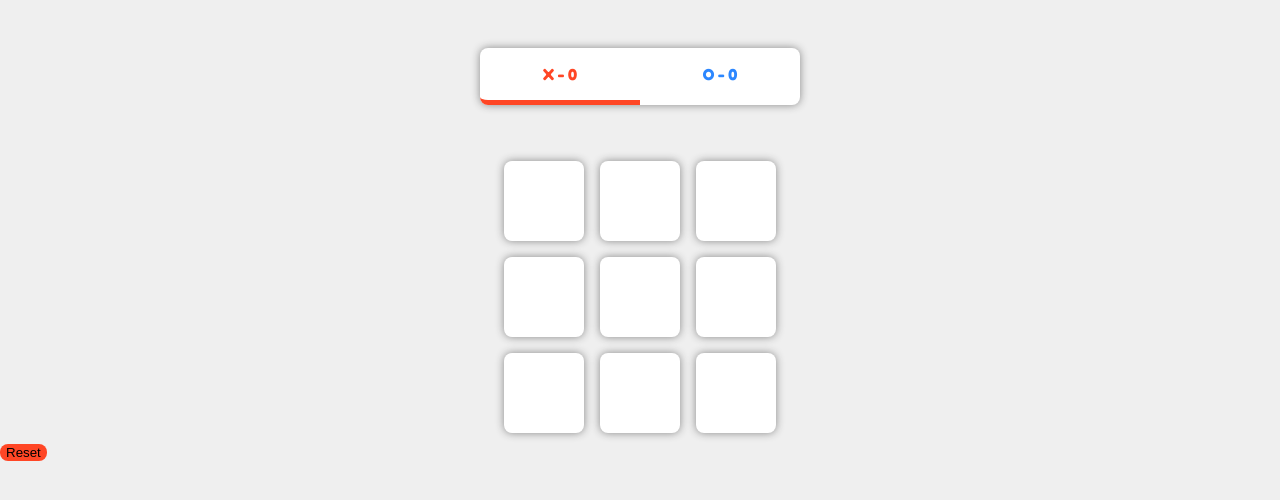
Repository: Seva2705/tic-tac-toe.github.io
Page: /
An editor plug-in stored every save of this project. The page is shown before and after a run of saves, followed by the edit.
The browser window is 1280 px wide. The pictures show the whole page.
The project was rebuilt for these pictures with package versions that can differ from the ones it lists, and the page was loaded fresh each time.

Above is the page before, as saved 2023-04-04 18:10:16.

### public/index.html
<!DOCTYPE html>
<html lang="en">
<head>
  <meta charset="utf-8" />
  <link rel="icon" href="%PUBLIC_URL%/favicon.ico" />
  <meta name="viewport" content="width=device-width, initial-scale=1" />
  <meta name="theme-color" content="#000000" />
  <meta
  name="description"
  content="Web site created using create-react-app"
  />
  <link rel="apple-touch-icon" href="%PUBLIC_URL%/logo192.png" />
  <link rel="preconnect" href="https://fonts.googleapis.com">
  <link rel="preconnect" href="https://fonts.gstatic.com" crossorigin>
  <link href="https://fonts.googleapis.com/css2?family=Fredoka:wght@400;500;700&display=swap" rel="stylesheet">
  <!--
    manifest.json provides metadata used when your web app is installed on a
    user's mobile device or desktop. See https://developers.google.com/web/fundamentals/web-app-manifest/
  -->
  <link rel="manifest" href="%PUBLIC_URL%/manifest.json" />
  <!--
    Notice the use of %PUBLIC_URL% in the tags above.
    It will be replaced with the URL of the `public` folder during the build.
    Only files inside the `public` folder can be referenced from the HTML.

    Unlike "/favicon.ico" or "favicon.ico", "%PUBLIC_URL%/favicon.ico" will
    work correctly both with client-side routing and a non-root public URL.
    Learn how to configure a non-root public URL by running `npm run build`.
  -->
  <title>React App</title>
</head>
<body>
  <noscript>You need to enable JavaScript to run this app.</noscript>
  <div id="root"></div>
  <!--
    This HTML file is a template.
    If you open it directly in the browser, you will see an empty page.

    You can add webfonts, meta tags, or analytics to this file.
    The build step will place the bundled scripts into the <body> tag.

      To begin the development, run `npm start` or `yarn start`.
      To create a production bundle, use `npm run build` or `yarn build`.
    -->
  </body>
  </html>

### src/App.js
import React, {useState} from 'react';
import './App.css';
import Board from './components/Board';
import ResetButton from './components/ResetButton';
import ResetBoard from './components/ResetButton';
import ScoreBoard from './components/ScoreBoard';


function App() {

  const WIN_CONDITIONS = [
    [0, 1, 2],
    [3, 4, 5],
    [6, 7, 8],
    [0, 3, 6],
    [1, 4, 7],
    [2, 5, 8],
    [0, 4, 8],
    [2, 4, 6]
  ]

  const [board, setBoard] = useState(Array(9).fill(null));
  const [xPlaying, setXPlaying] = useState(true);
  const [scores, setScores] = useState({xScore: 0, oScore: 0});
  const [gameOver, setGameOver] = useState(false);


  const handleBoxClick = (boxIdx) => {
    const updatedBoard = board.map((value, idx) => {
      if (idx === boxIdx) {
        return xPlaying === true ? 'X' : 'O';
      } else {
        return value;
      }

    })

    const winner = checkWinner(updatedBoard);

    if (winner) {
      if (winner === 'O') {
        let { oScore } = scores;
        oScore += 1;
        setScores({...scores, oScore});
      } else {
        let { xScore } = scores;
        xScore += 1;
        setScores({...scores, xScore});
      }
    }





    setBoard(updatedBoard);
    setXPlaying(!xPlaying);
  }

  const checkWinner = (board) => {
    for(let i = 0; i < WIN_CONDITIONS.length; i++) {
      const [x, y, z] = WIN_CONDITIONS[i];

      if (board[x] && board[x] === board[y] && board[y] === board[z]) {
        setGameOver(true)
        return board[x];
    }
  }
  }

  const resetBoard = () => {
    setGameOver(false);
    setBoard(Array(9).fill(null))
  }

  return (
    <div className="App">
      <ScoreBoard scores={scores} xPlaying={xPlaying}/>
      <Board board={board} onClick={gameOver ? resetBoard : handleBoxClick}/>
      <ResetButton  resetBoard={resetBoard}/>


    </div>
  );
}

export default App;

### src/App.css
* {
  box-sizing: border-box;

}

body {
  margin: 0;
  background-color: #efefef;
  font-family: "Fredoka", sans-serif;
}

### src/components/Board.js
import React from 'react'
import Box from './Box'
import './Board.css'

const Board = ({board, onClick}) => {
  return (
    <div className='board'>
        {board.map((value, idx) => {
            return <Box value={value} onClick={() => value ===null && onClick(idx)}/>
        }
        )}
        </div>
  )
}

export default Board

### src/components/ResetButton.js
import React from 'react'

import './ResetButton.css'

const ResetButton = ({resetBoard}) => {
  return (
    <button className='reset-btn' onClick={resetBoard}>Reset</button>
  )
}

export default ResetButton

### src/components/ScoreBoard.js
import React from 'react'
import './ScoreBoard.css'

const ScoreBoard = ({scores, xPlaying}) => {
    const {xScore, oScore} = scores;
  return (
    <div className='scoreboard'>
        <span className={`score x-score ${!xPlaying && 'inactive'}`}>X - {xScore}</span>
        <span className={`score o-score ${xPlaying && 'inactive'}`}>O - {oScore}</span>
    </div>
  )
}

export default ScoreBoard

### src/components/Box.js
import React from 'react'

import './Box.css'

const Box = ({value, onClick}) => {
    const style = value === "X" ? "box x" : "box o";
  return (
    <button className={style} onClick={onClick}>{value}</button>
  )
}

export default Box

### src/components/Board.css
.board {
    display: grid;
    grid-template-columns: repeat(3, 6rem);
    place-items: center;
    justify-content: center;
}

### src/components/ResetButton.css
.reset-btn {
    border: none;
    border-radius: 0.5rem;
    background-color: rgb(255, 70, 37);
}

### src/components/ScoreBoard.css
.scoreboard {
    display: flex;
    flex-direction: row;
    align-items: center;
    justify-content: space-evenly;
    width: 20rem;
    background-color: white;
    margin: 3rem auto;
    box-shadow: 0px 0px 8px #888;
    border-radius: 0.5rem;
    font-weight: bold;

}

.score {
    width: 100%;
    text-align: center;
    padding: 1rem 0;
}

.x-score {
    color: rgb(255,70,37);
    border-bottom: 5px solid rgb(255,70,37);
    border-radius: 0.5rem 0 0 0.5rem;
}
.o-score {
    color: rgb(44,135,255);
    border-bottom: 5px solid rgb(44,135,255);
    border-radius: 0 0.5rem 0.5rem 0;
}

.inactive {
    border-bottom: 5px solid transparent;
}

### src/components/Box.css
.box {
    background-color: white;
    border: none;
    border-radius: 10%;
    box-shadow: 0px 0px 8px #888;
    width: 5rem;
    height: 5rem;
    text-align: center;
    font-size: 5em;
    font-family: "Fredoka", sans-serif;
    font-weight: bold;
    line-height: 5rem;
    margin: 0.5rem;
    cursor: pointer;

}

.x {
    color: rgb(255, 70, 37)
}
.o {
    color: rgb(44, 135, 255)
}

.box:hover {
    box-shadow: 0px 0px 15px #888;
}

Loaded but not shown: src/index.js (common file); src/index.css (common file)

After the next 3 saves:
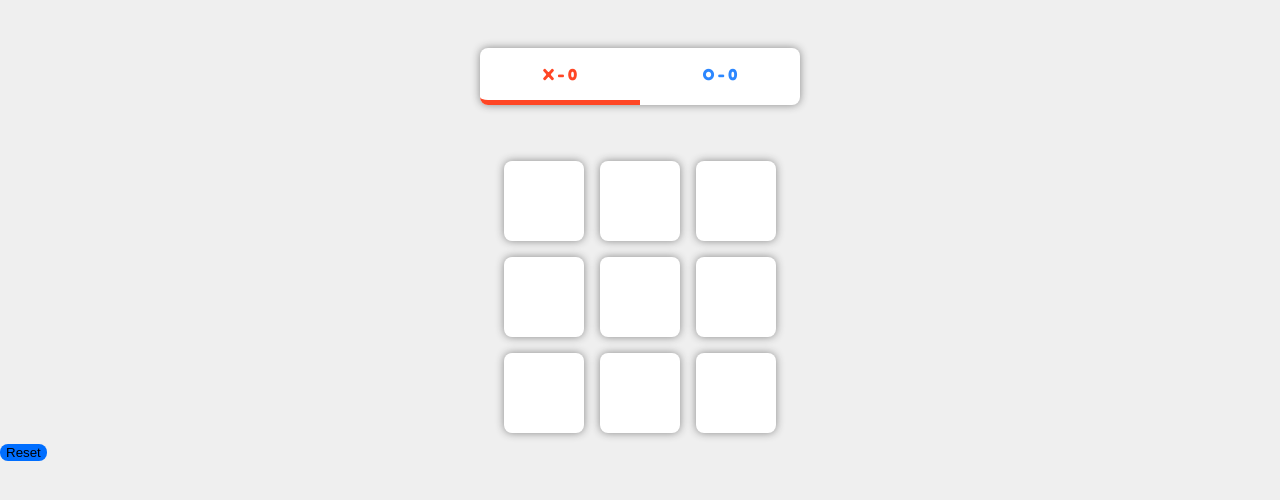
The 3 saves are shown as one change because they came seconds apart.
The last was saved 15 s later.
--- a/src/components/ResetButton.css
+++ b/src/components/ResetButton.css
@@ -1,5 +1,5 @@
 .reset-btn {
     border: none;
     border-radius: 0.5rem;
-    background-color: rgb(255, 70, 37);
+    background-color: rgb(0, 110, 255);
 }
